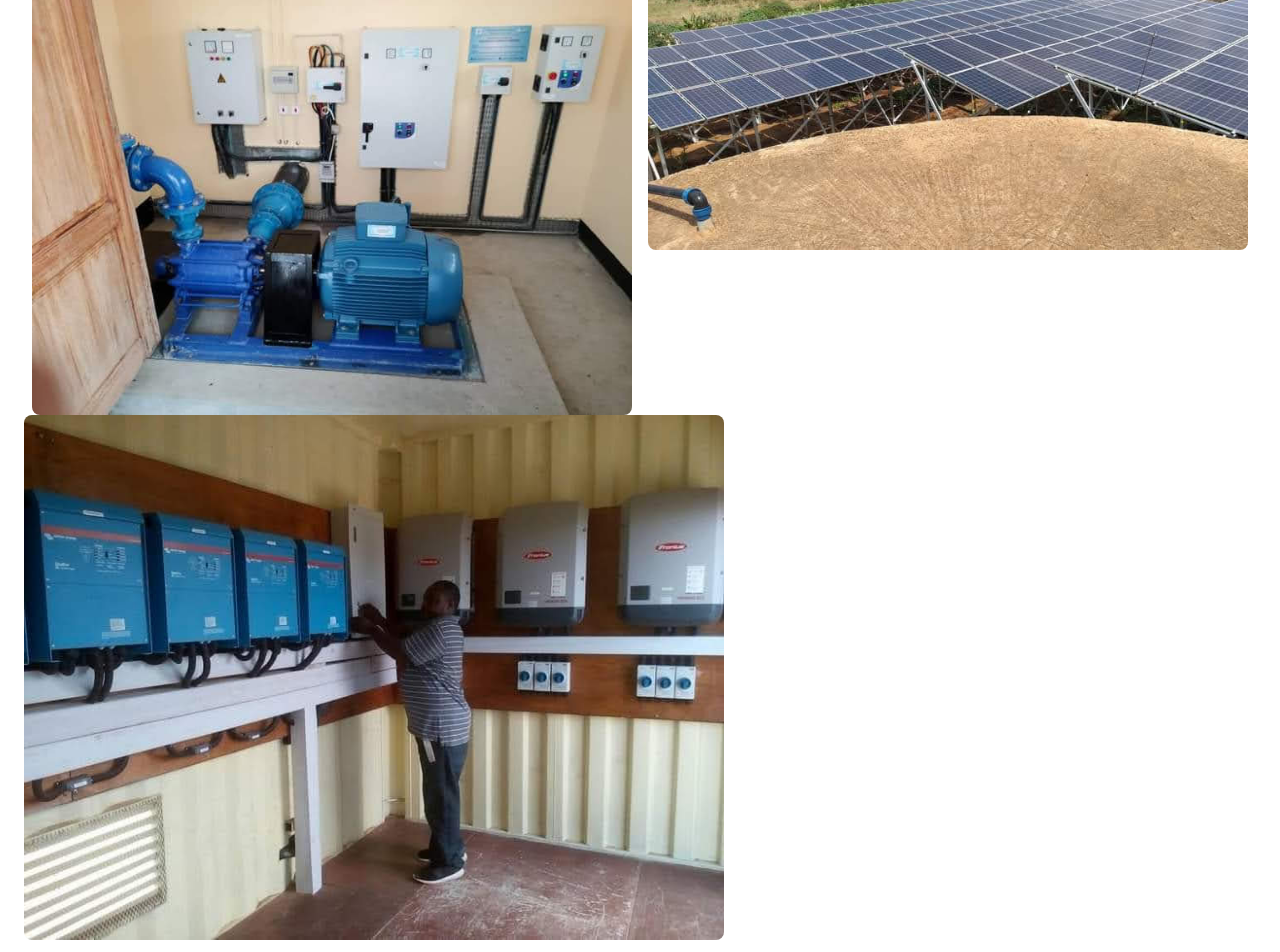
Repository: peterclermy232/LAZCOM
Page: index.html
These files come from the project's save history. The page is drawn as it stood at one moment and after the next save; the edit follows.
The browser window is 1280 px wide. The pictures show the part of the page from y = 4057 to 5009 px (the page is 7831 px tall before and 7618 px after).
A picture or video elsewhere on the page could not be fetched, so the positions and the page height are approximate.

Above is the page before, as saved 2022-06-23 08:43:43.

### index.html
<!DOCTYPE html>
<html>
<head>
<title>LAZCOM SOLAR AND ELECTRICALS SERVICES</title>
<meta charset="UTF-8">
<meta name="viewport" content="width=device-width, initial-scale=1">
<link rel="stylesheet" href="https://www.w3schools.com/w3css/4/w3.css">
<link rel="stylesheet" href="https://fonts.googleapis.com/css?family=Raleway">
<link rel="stylesheet" href="https://cdnjs.cloudflare.com/ajax/libs/font-awesome/4.7.0/css/font-awesome.min.css">
<style>
body,h1,h2,h3,h4,h5,h6 {font-family: "Raleway", sans-serif}

body, html {
  height: 100%;
  line-height: 1.8;
}

/* Full height image header */
.bgimg-1 {
  background-position: center;
  background-size: cover;
  background-image: url("images/sunsolar.jpeg");
  min-height: 100%;
}

.w3-bar .w3-button {
  padding: 16px;
}
</style>
</head>
<body>

<!-- Navbar (sit on top) -->
<div class="w3-top">
  <div class="w3-bar w3-white w3-card" id="myNavbar">

    <a href="#home" class="w3-bar-item w3-button w3-wide">
        <img src="images/images.png" alt="" style="width: 45%;">
    </a>
    <!-- Right-sided navbar links -->
    <div class="w3-right w3-hide-small">
      <a href="#about" class="w3-bar-item w3-button">ABOUT</a>
      <a href="#team" class="w3-bar-item w3-button"><i class="fa fa-user"></i> REFERENCES</a>
      <a href="#work" class="w3-bar-item w3-button"><i class="fa fa-th"></i> WORK</a>
      <!--<a href="#pricing" class="w3-bar-item w3-button"><i class="fa fa-usd"></i> PRICING</a>-->
      <a href="#contact" class="w3-bar-item w3-button"><i class="fa fa-envelope"></i> CONTACT</a>
    </div>
    <!-- Hide right-floated links on small screens and replace them with a menu icon -->

    <a href="javascript:void(0)" class="w3-bar-item w3-button w3-right w3-hide-large w3-hide-medium" onclick="w3_open()">
      <i class="fa fa-bars"></i>
    </a>
  </div>
</div>

<!-- Sidebar on small screens when clicking the menu icon -->
<nav class="w3-sidebar w3-bar-block w3-black w3-card w3-animate-left w3-hide-medium w3-hide-large" style="display:none" id="mySidebar">
  <a href="javascript:void(0)" onclick="w3_close()" class="w3-bar-item w3-button w3-large w3-padding-16">Close ×</a>
  <a href="#about" onclick="w3_close()" class="w3-bar-item w3-button">ABOUT</a>
  <a href="#team" onclick="w3_close()" class="w3-bar-item w3-button">REFERENCES</a>
  <a href="#work" onclick="w3_close()" class="w3-bar-item w3-button">WORK</a>
  <!--<a href="#pricing" onclick="w3_close()" class="w3-bar-item w3-button">PRICING</a>-->
  <a href="#contact" onclick="w3_close()" class="w3-bar-item w3-button">CONTACT</a>
</nav>

<!-- Header with full-height image -->
<header class="bgimg-1 w3-display-container w3-grayscale-min" id="home">
  <div class="w3-display-left w3-text-white" style="padding:48px">
    <span class="w3-jumbo w3-hide-small" style="color: green;">Services beyond you expectations</span><br>
    <span class="w3-xxlarge w3-hide-large w3-hide-medium">Start something that matters</span><br>
    <span class="w3-large">Lazcom is here to help you stay in a well ventilate house.</span>
    <p><a href="#about" class="w3-button w3-white w3-padding-large w3-large w3-margin-top w3-opacity w3-hover-opacity-off">Learn more and start today</a></p>
  </div>
  <div class="w3-display-bottomleft w3-text-grey w3-large" style="padding:24px 48px">

</header>

<!-- About Section -->
<div class="w3-container" style="padding:128px 16px" id="about">
  <h3 class="w3-center">ABOUT THE COMPANY</h3>
  <p class="w3-center w3-large">Key features of our company</p>
  <div class="w3-row-padding w3-center" style="margin-top:64px">
    <h3 style="text-align: center;">COMPANY PROFILE</h3>
<p>Lazcom Solar and Electrical Services Limited is a Company registered in Kenya
    in accordance to chap. 486 of Company’s act. Started in 2009 as a sole
    proprietorship, Lazcom Solar has grown in customer base and service and it
    was then registered as a Limited Company in Kenya in 2013.
    We
    specialize
    in
    design,
    selection,
    purchase,
    servicing,
    maintenance,
    replacement, installation, testing and commissioning of all types of green
    energy solutions up to and including solar water heating system, power back up
    systems,Borehole drilling and Equiping, solar water pump installation and to
    carry on business as consultants, advisers and service providers in respect of</p>
</div>
    <div class="">

      <p class="w3-large">Visson</p>
      <p>To be a leading alternative energy solutions provider by offering affordable and
        environmental friendly green energy solar solutions beyond the expectations of
        our clients.</p>
    </div>
    <div class="" style="margin: auto;">

      <p class="w3-large">Mission</p>
      <p>To satisfy our customers by offering efficient, effective, environmental friendly
        and affordable electric light, heating and power supplies using the latest
        technology and state of the art equipment for both commercial and residential
        use in accordance to our clients' needs.</p>
    </div>
</div>
    <div class="image">

        <p style="text-align: center;">Values</p>
        <p style="text-align: center;">Our Values Define our Being:</p>
        <div class="fakeimg">
            <ul>
              <li>We accept that challenges make us stronger and we enjoy the satisfaction of a
                job well done. We take action, make things real, work smart, have fun, and
                maintain a positive outlook in all things we do.</li>
              <li>We lead by example and use honesty, integrity, and open communications in all
                of our interactions.</li>
              <li>We strive to continually grow and improve as individuals, as a team, and as a
                company.</li>
              <li>We maintain a cost conscious attitude, promote increased efficiency, and
                ensure quality, which leads to a competitive edge in the marketplace.</li>
              <li>Sustainability and environmental stewardship through alternative energy
                sources and renewable energy systems is the core of our business, not only in
                our products and services we offer, but also the way we operate.</li>
              <li>We achieve customer satisfaction by honoring our commitments, exceeding
                expectations, and providing the highest quality products and service.</li>
            </ul>
          </div>
      </div>
</div>

<!-- Promo Section - "We know design" -->
<div class="w3-container w3-light-grey" style="padding:128px 16px">
  <div class="w3-row-padding">
    <div class="w3-col m6">
      <p><a href="#work" class="w3-button w3-black"><i class="fa fa-th"> </i> View Our Works</a></p>
    </div>
    <div class="w3-col m6">
      <img class="w3-image w3-round-large" src="images/metal.jpeg" alt="Buildings" width="700" height="394">
    </div>
    <div class="w3-col m6">

      <img class="w3-image w3-round-large" src="images/tank.jpeg" alt="Buildings" width="700" height="394">
    </div>
    <div class="w3-col m6">

      <img class="w3-image w3-round-large" src="images/person2.jpeg" alt="Buildings" width="700" height="394">
    </div>
  </div>
</div>

<!-- Team Section -->
<!-- Promo Section "Statistics" -->
<div class="w3-container w3-row w3-center w3-dark-grey w3-padding-64">
  <div class="w3-quarter">
    <span class="w3-xxlarge">14+</span>
    <br>Partners
  </div>
  <div class="w3-quarter">
    <span class="w3-xxlarge">55+</span>
    <br>Projects Done
  </div>
  <div class="w3-quarter">
    <span class="w3-xxlarge">89+</span>
    <br>Happy Clients
  </div>
  <div class="w3-quarter">
    <span class="w3-xxlarge">150+</span>
    <br>Meetings
  </div>
</div>

<!-- Work Section -->
<div class="w3-container" style="padding:128px 16px" id="work">
  <h3 class="w3-center">OUR WORK</h3>
  <p class="w3-center w3-large">WHAT WE DO</p>

  <div class="w3-row-padding" >
    <div class="w3-col m6">
      <img class="w3-image w3-round-large" src="images/machine.jpeg" alt="Buildings" width="700" height="394">
    </div>
    <div class="w3-col m6">

      <img class="w3-image w3-round-large" src="images/solarstand.jpeg" alt="Buildings" width="700" height="394">
    </div>
    <div class="w3-col m6"></div>
      <img class="w3-image w3-round-large" src="images/person1.jpeg" alt="Buildings" width="700" height="394"></div>
    </div></div>

  </div>

  <div class="w3-row-padding" style="margin-top:64px">
    <div class="w3-col l3 m6">
        <ol>
            <li>Designs, installations and Maintainance.</li>
            <li>Solar energy(lighting,water heating,pumping and street lighting)</li>
            <li>Power back-up system installation and maintainance</li>
            <li>Service and maintainance contracts</li>
            <li>Water pumps and Borehole services(Drilling and Equiping).</li>
            <li>General electrical designs and installations.</li>
            <li>Swimming pool design,installation and maintainance.</li>
          </ol>
    </div>
    <div class="w3-col l3 m6">
        <ol>
            <h3>We supply and install:</h3>
            <div>
              <li>Solar panels</li>
              <li>Generators</li>
              <li>Solar batteries</li>
              <li>Water pumps</li>
              <li>Inverters</li>
              <li>Electrical and plumbling</li>
              <li>Solar water heating systems</li>
              <li>Wiring</li>
              </div>
        </ol>
    </div>
    <div class="w3-col l3 m6">
        <h5>P.V application</h5>
        <ol>
          <li>Household appliances e.g. TVs, radio, home theatre, laptops etc</li>
          <li>Water pumping for small scale remote irrigation, stock watering and
            residential use.</li>
          <li>Lighting for residential needs, billboards, security, street lights, parking
            lots, pathways and schools.</li>
          <li>Refrigeration for medical and recreational uses.</li>
        </ol>
    </div>
    <div class="w3-col l3 m6">
        <p>Advantages of solar lighting</p>
  <ol>
    <li>Reliability</li>
    <li>Low operating costs</li>
    <li>Low environmental pollution</li>
    <li>Stand alone capability</li>
    <li>Portability</li>
    <li>Modularity</li>
    <li>Safety</li>
    <li>Ease of installation</li>
  </ol>
    </div>
  </div>

  <div class="w3-row-padding w3-section">
    <div class="w3-col l3 m6">
        <ol class=" flex-column">
            <h6><b>Solar powered water pumping systems (diagrams/pictures)</b></h6>
            <li class="nav-item">
              Grundfos -borehole applications
            </li>
            <li class="nav-item">
              Lorentzs pumps- for shallow wells,boreholes and booster applicati
            </li>
            <li class="nav-item">
              Dayliff pumps- shallow wells,surface and borehole pumps
            </li>
            <li class="nav-item">
              Solar security light
            </li>
            <li class="nav-item">
              Solar powered lanterns
            </li>
            <li class="nav-item">
              Solar garden lights
            </li>
            <li class="nav-item">
              Solar cell phone charger
            </li>
            <li class="nav-item">
              LED bulbs
            </li>
          </ol>
    </div>
    <div class="w3-col l3 m6">
        <p>Advantages of solar water system</p>
        <ol>
          <li>Energy Saving</li>
          <li>Use of free solar energy hence reduction of power bills.</li>
          <li>24 hours hot water</li>
          <li>Long life span-over 20 years</li>
          <li>Maintenance free system</li>
        </ol>
    </div>
    <div class="w3-col l3 m6">
        <p>Advantages of power backup systems</p>
        <ol>
          <li>Standby power in the event of main’s failure</li>
          <li>Alternative to generators which are expensive to maintain and fuel</li>
          <li>Instant and automatic changeover when the mains power fails</li>
          <li>Totally silent and non-polluting operation</li>
          <li>Very low running costs-just the power to charge the batteries</li>
        </ol>
    </div>
    <div class="w3-col l3 m6">
      <img src="/w3images/tech_tableturner.jpg" style="width:100%" onclick="onClick(this)" class="w3-hover-opacity" alt="A tableturner">
    </div>
  </div>
</div>

<!-- Modal for full size images on click-->
<div id="modal01" class="w3-modal w3-black" onclick="this.style.display='none'">
  <span class="w3-button w3-xxlarge w3-black w3-padding-large w3-display-topright" title="Close Modal Image">×</span>
  <div class="w3-modal-content w3-animate-zoom w3-center w3-transparent w3-padding-64">
    <img id="img01" class="w3-image">
    <p id="caption" class="w3-opacity w3-large"></p>
  </div>
</div>

<!-- Skills Section -->
<div class="w3-container w3-light-grey w3-padding-64">
  <div class="w3-row-padding">
    <div class="w3-col m6">
      <h3>Our Skills.</h3>
    <!--  <p>Lorem ipsum dolor sit amet, consectetur adipiscing elit, sed do eiusmod<br>
      tempor incididunt ut labore et dolore.</p>
      <p>Lorem ipsum dolor sit amet, consectetur adipiscing elit, sed do eiusmod<br>
      tempor incididunt ut labore et dolore.</p>
      -->
    </div>
    <div class="w3-col m6">
      <p class="w3-wide"><i class="fa fa-camera w3-margin-right"></i>Solar Installation</p>
      <div class="w3-grey">
        <div class="w3-container w3-dark-grey w3-center" style="width:90%">90%</div>
      </div>
      <p class="w3-wide"><i class="fa fa-desktop w3-margin-right"></i>Plumbing</p>
      <div class="w3-grey">
        <div class="w3-container w3-dark-grey w3-center" style="width:85%">85%</div>
      </div>
      <p class="w3-wide"><i class="fa fa-photo w3-margin-right"></i>Wiring</p>
      <div class="w3-grey">
        <div class="w3-container w3-dark-grey w3-center" style="width:75%">75%</div>
      </div>
    </div>
  </div>
</div>

<!-- Pricing Section
<div class="w3-container w3-center w3-dark-grey" style="padding:128px 16px" id="pricing">
  <h3>PRICING</h3>
  <p class="w3-large">Choose a pricing plan that fits your needs.</p>
  <div class="w3-row-padding" style="margin-top:64px">
    <div class="w3-third w3-section">
      <ul class="w3-ul w3-white w3-hover-shadow">
        <li class="w3-black w3-xlarge w3-padding-32">Basic</li>
        <li class="w3-padding-16"><b>10GB</b> Storage</li>
        <li class="w3-padding-16"><b>10</b> Emails</li>
        <li class="w3-padding-16"><b>10</b> Domains</li>
        <li class="w3-padding-16"><b>Endless</b> Support</li>
        <li class="w3-padding-16">
          <h2 class="w3-wide">$ 10</h2>
          <span class="w3-opacity">per month</span>
        </li>
        <li class="w3-light-grey w3-padding-24">
          <button class="w3-button w3-black w3-padding-large">Sign Up</button>
        </li>
      </ul>
    </div>
    <div class="w3-third">
      <ul class="w3-ul w3-white w3-hover-shadow">
        <li class="w3-red w3-xlarge w3-padding-48">Pro</li>
        <li class="w3-padding-16"><b>25GB</b> Storage</li>
        <li class="w3-padding-16"><b>25</b> Emails</li>
        <li class="w3-padding-16"><b>25</b> Domains</li>
        <li class="w3-padding-16"><b>Endless</b> Support</li>
        <li class="w3-padding-16">
          <h2 class="w3-wide">$ 25</h2>
          <span class="w3-opacity">per month</span>
        </li>
        <li class="w3-light-grey w3-padding-24">
          <button class="w3-button w3-black w3-padding-large">Sign Up</button>
        </li>
      </ul>
    </div>
    <div class="w3-third w3-section">
      <ul class="w3-ul w3-white w3-hover-shadow">
        <li class="w3-black w3-xlarge w3-padding-32">Premium</li>
        <li class="w3-padding-16"><b>50GB</b> Storage</li>
        <li class="w3-padding-16"><b>50</b> Emails</li>
        <li class="w3-padding-16"><b>50</b> Domains</li>
        <li class="w3-padding-16"><b>Endless</b> Support</li>
        <li class="w3-padding-16">
          <h2 class="w3-wide">$ 50</h2>
          <span class="w3-opacity">per month</span>
        </li>
        <li class="w3-light-grey w3-padding-24">
          <button class="w3-button w3-black w3-padding-large">Sign Up</button>
        </li>
      </ul>
    </div>
  </div>
</div>-->

<!-- Contact Section -->
<div class="w3-container w3-light-grey" style="padding:128px 16px" id="contact">
  <h3 class="w3-center">CONTACT</h3>
  <p class="w3-center w3-large">Lets get in touch. Send us a message:</p>
  <div style="margin-top:48px">
    <p><i class="fa fa-map-marker fa-fw w3-xxlarge w3-margin-right"></i> NAIROBI,Kenya</p>
    <p><i class="fa fa-phone fa-fw w3-xxlarge w3-margin-right"></i> Phone: +2547724394458 or +254753532902</p>
    <p><i class="fa fa-envelope fa-fw w3-xxlarge w3-margin-right"> </i> Email: lazkomsolar@gmail.com</p>
    <br>
  <!--  <form action="/action_page.php" target="_blank">
      <p><input class="w3-input w3-border" type="text" placeholder="Name" required name="Name"></p>
      <p><input class="w3-input w3-border" type="text" placeholder="Email" required name="Email"></p>
      <p><input class="w3-input w3-border" type="text" placeholder="Subject" required name="Subject"></p>
      <p><input class="w3-input w3-border" type="text" placeholder="Message" required name="Message"></p>
      <p>
        <button class="w3-button w3-black" type="submit">
          <i class="fa fa-paper-plane"></i> SEND MESSAGE
        </button>
      </p>
    </form>
  -->
    <!-- Image of location/map
    <img src="/w3images/map.jpg" class="w3-image w3-greyscale" style="width:100%;margin-top:48px">
    -->

  </div>
</div>
<div class="w3-container" style="padding:128px 16px" id="team">
    <h3 class="w3-center">REFERENCES:</h3>
    <p class="w3-center w3-large">The ones who we have worked For</p>
    <div class="w3-row-padding w3-grayscale" style="margin-top:64px">
      <div class="w3-col l3 m6 w3-margin-bottom">
          <div class="w3-container">

              <li style="color:red">Loreto srs....Maryward cent
                ...contact..0720953022</li>
            <p>Solar hot water systems...12no.units</p>
            <p>Borehole services</p>
            <p>Generator services</p>
            </li>
          </div>

      </div>
      <div class="w3-col l3 m6 w3-margin-bottom">

          <div class="w3-container">
            <li style="color:red">missionaries of Africa....Contact..
                0718080276</li>
                <p>Solar hot water systems....3units</p>
                <p>Inverter systems....5kw system.</p>
            </li>
          </div>

      </div>
      <div class="w3-col l3 m6 w3-margin-bottom">
          <div class="w3-container">
            <li style="color:red"> Consolata sisters:......
                contact:sr.karthy....0712588471</li>
                <p>Solar hot water systems...6units.</p>
                <p>Borehole services...2no.borehole.</p>
            </li>
          </div>

      </div>
      <div class="w3-col l3 m6 w3-margin-bottom">
          <div class="w3-container">
            <li style="color:red">Hekima University college............Contact:Fr.Elius..0720836944</li>
            <p>Solar hot water systems......8units.</p>
            <p>Borehole services....1no.</p>
            <p>Generator services.</p>
            </li>
          </div>

      </div>
    </div>
  </div>


<!-- Footer -->
<footer class="w3-center w3-black w3-padding-64">
  <a href="#home" class="w3-button w3-light-grey"><i class="fa fa-arrow-up w3-margin-right"></i>To the top</a>
  <div class="w3-xlarge w3-section">
    <i class="fa fa-facebook-official w3-hover-opacity"></i>
    <i class="fa fa-instagram w3-hover-opacity"></i>
    <i class="fa fa-snapchat w3-hover-opacity"></i>
    <i class="fa fa-pinterest-p w3-hover-opacity"></i>
    <i class="fa fa-twitter w3-hover-opacity"></i>
    <i class="fa fa-linkedin w3-hover-opacity"></i>
  </div>
 <!--<p>Powered by <a href="https://www.w3schools.com/w3css/default.asp" title="W3.CSS" target="_blank" class="w3-hover-text-green">w3.css</a></p>-->
</footer>

<script>
// Modal Image Gallery
function onClick(element) {
  document.getElementById("img01").src = element.src;
  document.getElementById("modal01").style.display = "block";
  var captionText = document.getElementById("caption");
  captionText.innerHTML = element.alt;
}


// Toggle between showing and hiding the sidebar when clicking the menu icon
var mySidebar = document.getElementById("mySidebar");

function w3_open() {
  if (mySidebar.style.display === 'block') {
    mySidebar.style.display = 'none';
  } else {
    mySidebar.style.display = 'block';
  }
}

// Close the sidebar with the close button
function w3_close() {
    mySidebar.style.display = "none";
}
</script>

</body>
</html>

After the next save:
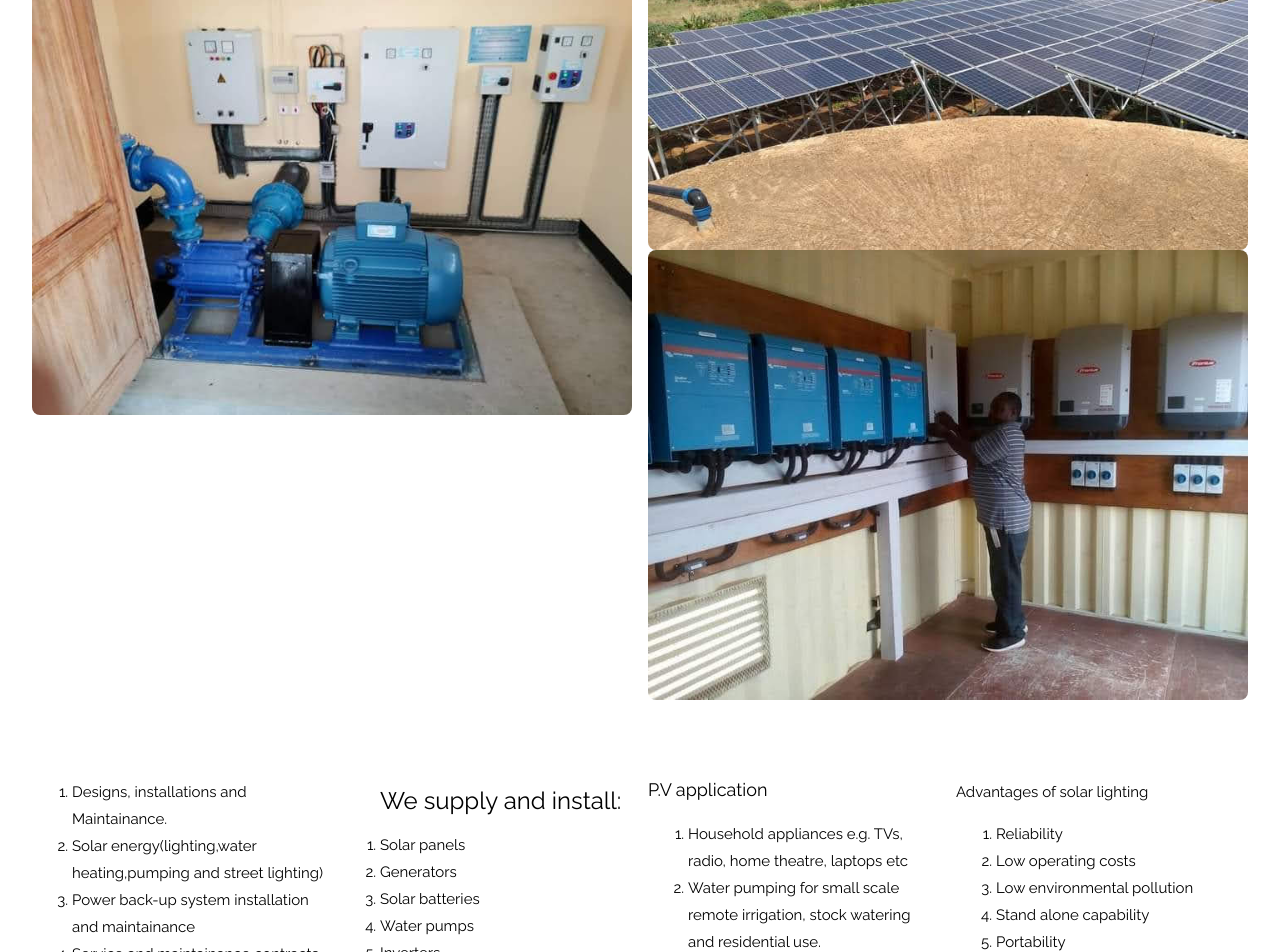
Saved 5 s later.
--- a/index.html
+++ b/index.html
@@ -193,9 +193,9 @@ body, html {
 
       <img class="w3-image w3-round-large" src="images/solarstand.jpeg" alt="Buildings" width="700" height="394">
     </div>
-    <div class="w3-col m6"></div>
-      <img class="w3-image w3-round-large" src="images/person1.jpeg" alt="Buildings" width="700" height="394"></div>
-    </div></div>
+    <div class="w3-col m6">
+      <img class="w3-image w3-round-large" src="images/person1.jpeg" alt="Buildings" width="700" height="394">
+    </div>
 
   </div>
 
